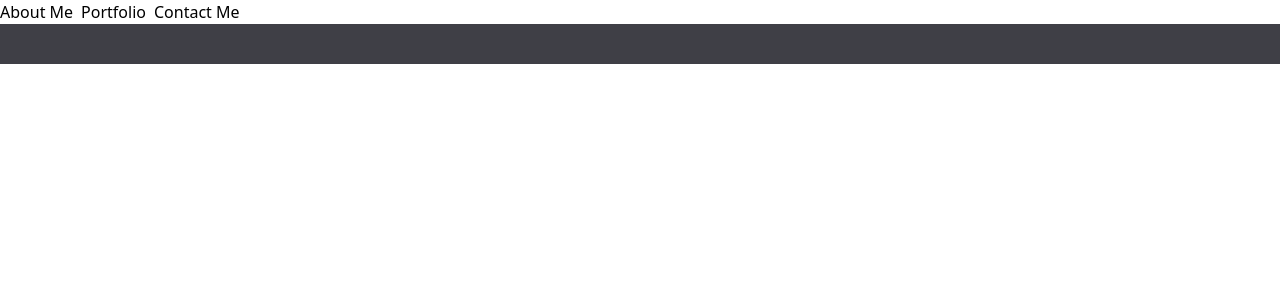
Repository: Pauldan1988/Reactfolio
Page: /about-me
These files come from the project's save history. The page is drawn as it stood at one moment and after a run of saves; the edit follows.
The browser window is 1280 px wide. The pictures show the whole page.
The project was rebuilt for these pictures with package versions that can differ from the ones it lists, and the page was loaded fresh each time. The framework's server and built-in components were replaced by stand-ins that run in the browser. Also part of the build but not shown: next.config.js.

Above is the page before, as saved 2023-04-07 15:30:29.

### src/pages/about-me.tsx
import Layout from "@/components/layout";
import Head from "next/head";


export default function AboutMe() {
    return (
        <>
            <Head>
                <title>About Me</title>
            </Head>
            <Layout>
                <h1></h1>
            </Layout>
        </>
    )
}

### src/components/layout.tsx
import React from "react";
import Footer from "./footer";
import Nav from "./nav";

const Layout = function({children}: React.PropsWithChildren) {
    return (
        <>
        <Nav/>
        <main>
            {children}
        </main>
        <Footer/>
        </>
    )
}

export default Layout

### src/components/footer.tsx
import React from "react";

const Footer = function() {
    return (
        <footer>
            <div className="h-10 bg-zinc-700 flex justify-end">
            </div>
        </footer>
    )
}

export default Footer

### src/components/nav.tsx
import Link from "next/link";
import React from "react";

interface NavLink{
    href:string,
    text:string
}

const navLinks: NavLink[] = [
    {
        href:"/about",
        text:"About Me"
    },
    {
        href:"/portfolio",
        text:"Portfolio"
    },
    {
        href:"/contact",
        text:"Contact Me"
    }
]

const Nav: React.FC = function() {
    return (
        <header>
            <nav className="Nav">
                <ul className="flex gap-2 justify-content-right">
                {navLinks.map(navlink => (
                    <li key={navlink.href}>
                        <Link href={navlink.href}>
                            {navlink.text}
                        </Link>
                    </li>
                ))}
                </ul>
            </nav>
        </header>
    )
}

export default Nav

### tailwind.config.js
/** @type {import('tailwindcss').Config} */
module.exports = {
  content: [
    "./src/**/*.tsx"
  ],
  theme: {
    extend: {},
  },
  plugins: [],
}

Loaded but not shown: src/pages/_app.tsx (common file); src/pages/_document.tsx (common file); src/styles/globals.css (common file)

After the next 2 saves:
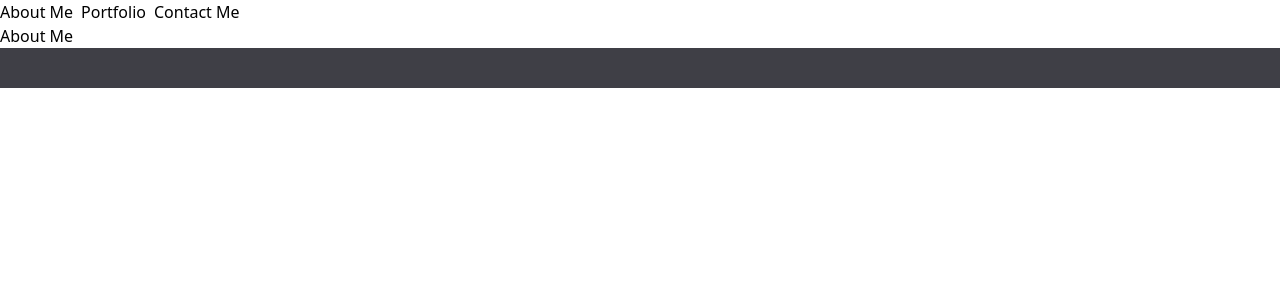
The 2 saves are shown as one change because they came seconds apart.
The last was saved 19 s later.
--- a/src/pages/about-me.tsx
+++ b/src/pages/about-me.tsx
@@ -9,7 +9,7 @@ export default function AboutMe() {
                 <title>About Me</title>
             </Head>
             <Layout>
-                <h1></h1>
+                <h1>About Me</h1>
             </Layout>
         </>
     )
